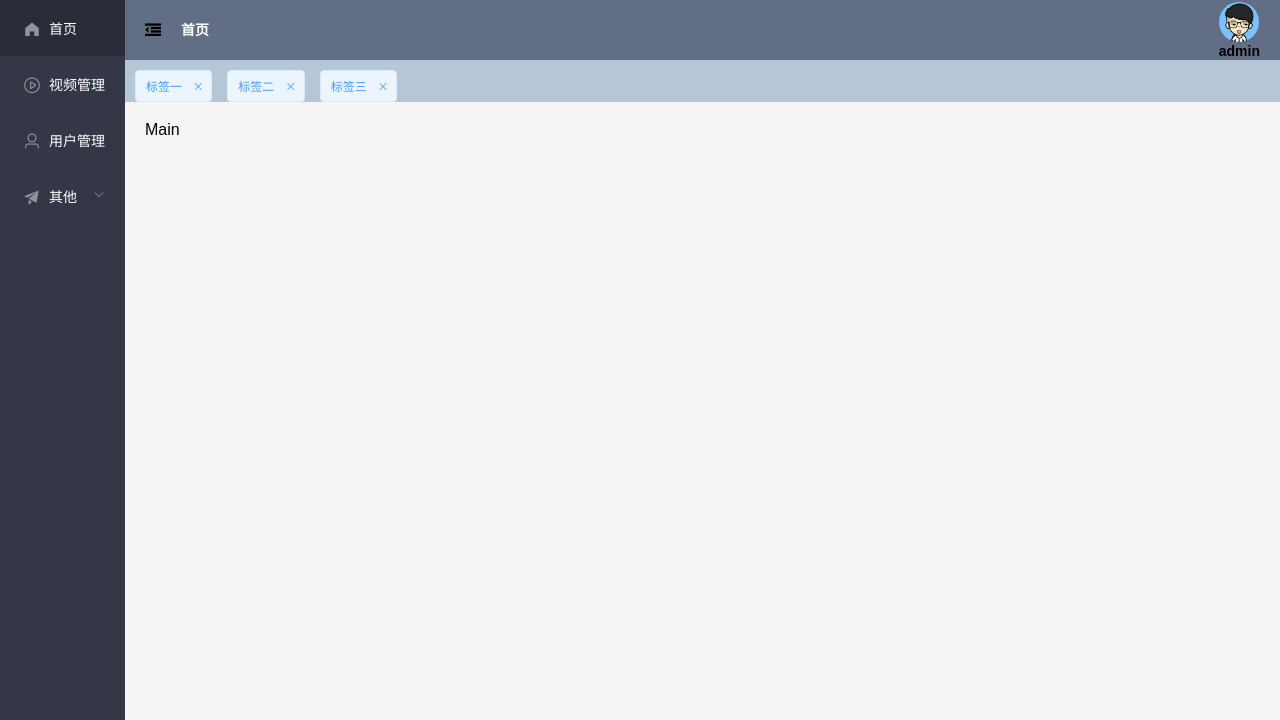
Repository: coWhy/vue-manage
Page: /
These files come from the project's save history. The page is drawn as it stood at one moment and after the next save; the edit follows.
The browser window is 1280 px wide. The pictures show the whole page.
The project was rebuilt for these pictures with package versions that can differ from the ones it lists, and the page was loaded fresh each time. Also part of the build but not shown: vue.config.js.

Above is the page before, as saved 2020-04-13 20:35:57.

After the next save:
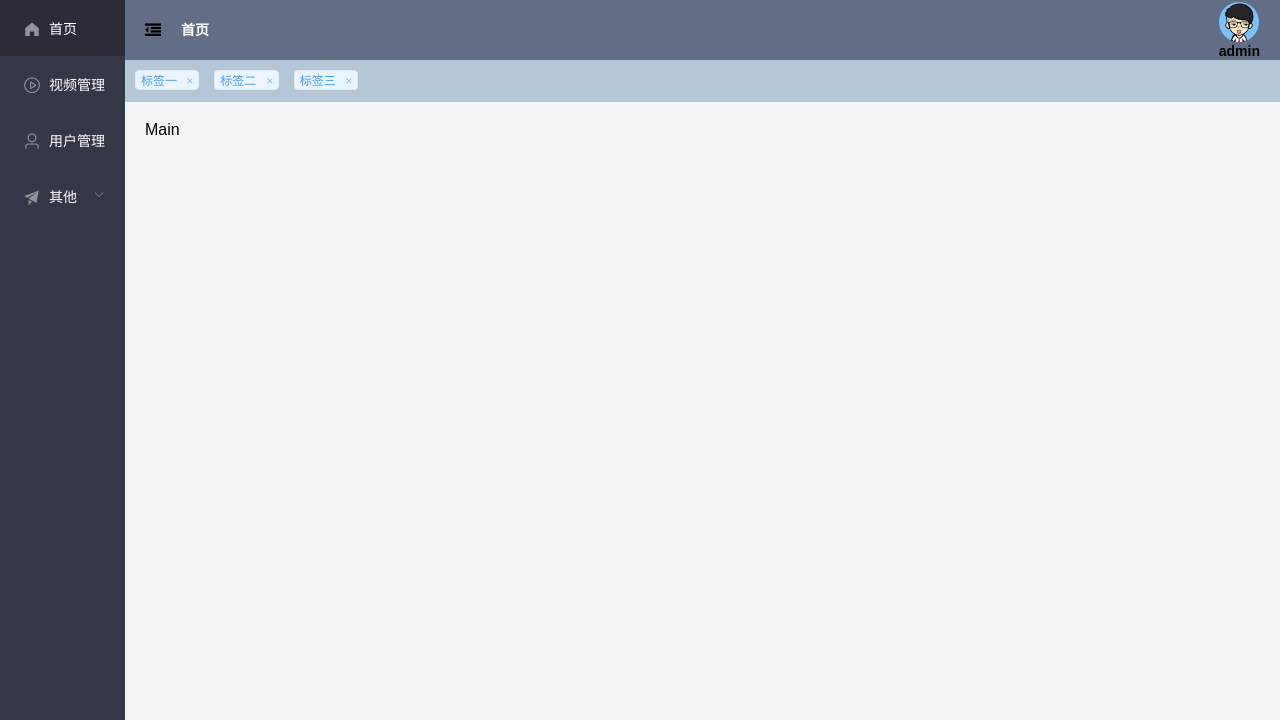
Saved 12 s later.
--- a/src/views/layout/components/tag/index.vue
+++ b/src/views/layout/components/tag/index.vue
@@ -4,6 +4,7 @@
   不是首页才可以关闭
   -->
     <el-tag
+      size="mini"
       :key="tag"
       v-for="tag in dynamicTags"
       closable
